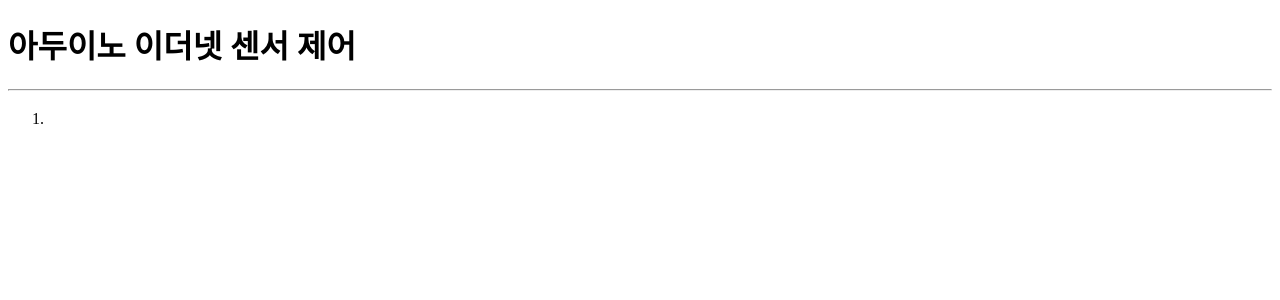
Repository: lafayetteey/WorkSpace
Page: http://localhost/testAduino/
The author's editor kept a copy of each file at every save. The page is drawn from the files as they stood at one save, then again after the next save.
The browser window is 1280 px wide. The pictures show the whole page.
The page is served by Tomcat 9.

Above is the page before, as saved 2020-08-04 01:48:08.

After the next save:
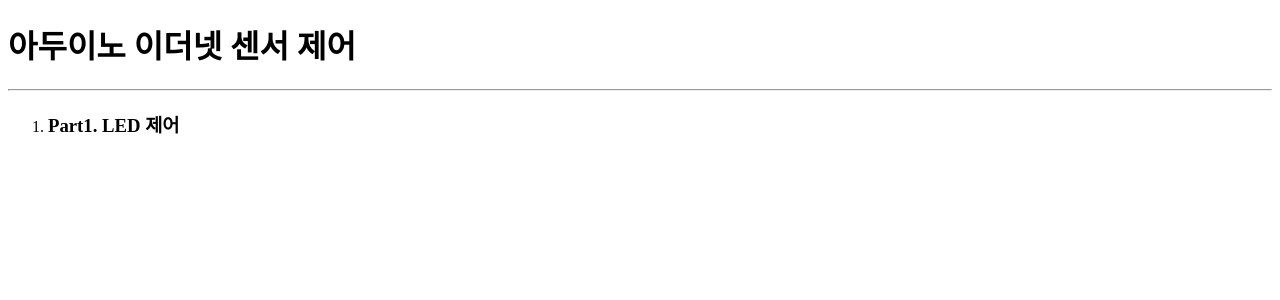
Saved 10 s later.
--- a/workspace_Aduino/testAduino/WebContent/index.jsp
+++ b/workspace_Aduino/testAduino/WebContent/index.jsp
@@ -10,7 +10,8 @@
 	<h1>아두이노 이더넷 센서 제어</h1>
 	<hr>
 	<ol>
-		<li><h3><a></a></h3></li>
+		<li><h3><a>Part1. LED 제어</a></h3></li>
+
 	</ol>
 </body>
 </html>
